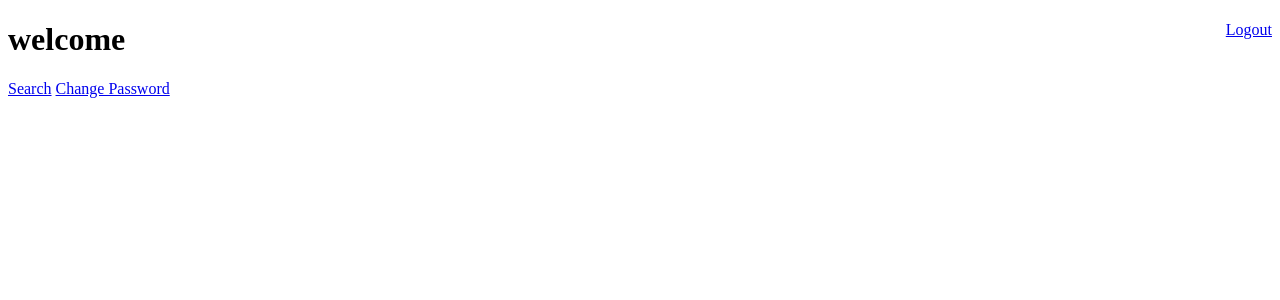
Repository: pawankumarsharm/UST_JDBC_SERVLET
Page: http://localhost/empwebapp/home.jsp
An editor plug-in stored every save of this project. The page is shown before and after the next save, followed by the edit.
The browser window is 1280 px wide. The pictures show the whole page.
The page is served by Tomcat 9. Other server files are loaded and not shown.

Above is the page before, as saved 2019-11-18 11:57:19.

### jdbc/empwebapp/WebContent/home.jsp
<%@ page language="java" contentType="text/html; charset=ISO-8859-1"
    pageEncoding="ISO-8859-1"%>
    <jsp:useBean id="info" class="com.ustglobal.empwebapp.dto.EmployeeInfo" scope="session"></jsp:useBean>
<!DOCTYPE html>
<html>
<head>
<meta charset="ISO-8859-1">
<title>Insert title here</title>
</head>
<body>
<a style="float:right;" href='./logout'>Logout</a>
<h1>welcome</h1>
<a href='./search.html'>Search</a>
<a href='./changepassword.html'>Change Password</a>
</body>
</html>

### jdbc/empwebapp/src/com/ustglobal/empwebapp/dto/EmployeeInfo.java
package com.ustglobal.empwebapp.dto;


public class EmployeeInfo {

	public int getId() {
		return id;
	}
	public void setId(int id) {
		this.id = id;
	}
	public String getName() {
		return name;
	}
	public void setName(String name) {
		this.name = name;
	}
	public String getEmail() {
		return email;
	}
	public void setEmail(String email) {
		this.email = email;
	}
	public String getPassword() {
		return password;
	}
	public void setPassword(String password) {
		this.password = password;
	}
	private int id;
	private String name;
	private String email;
	private String password;




}

After the next save:
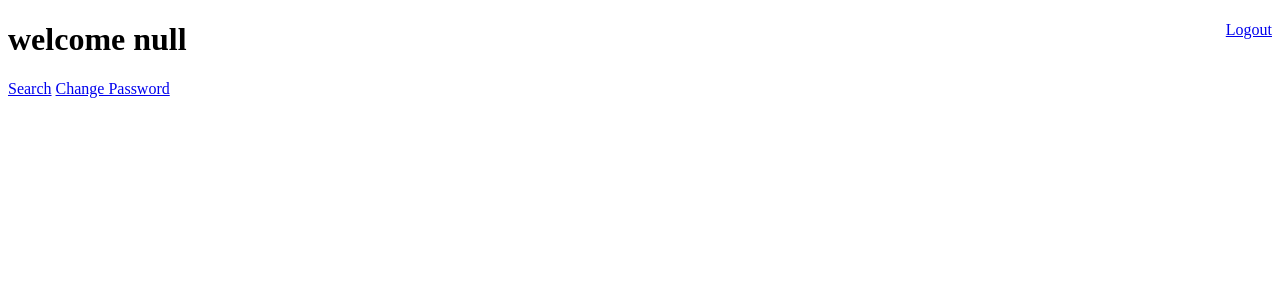
Saved 2 min 24 s later.
--- a/jdbc/empwebapp/WebContent/home.jsp
+++ b/jdbc/empwebapp/WebContent/home.jsp
@@ -1,6 +1,6 @@
 <%@ page language="java" contentType="text/html; charset=ISO-8859-1"
     pageEncoding="ISO-8859-1"%>
-    <jsp:useBean id="info" class="com.ustglobal.empwebapp.dto.EmployeeInfo" scope="session"></jsp:useBean>
+    <jsp:useBean id="info" class="com.ustglobal.empwebapp.dto.EmployeeInfo" scope="session"/>
 <!DOCTYPE html>
 <html>
 <head>
@@ -9,7 +9,7 @@
 </head>
 <body>
 <a style="float:right;" href='./logout'>Logout</a>
-<h1>welcome</h1>
+<h1>welcome <%=info.getName() %></h1>
 <a href='./search.html'>Search</a>
 <a href='./changepassword.html'>Change Password</a>
 </body>
